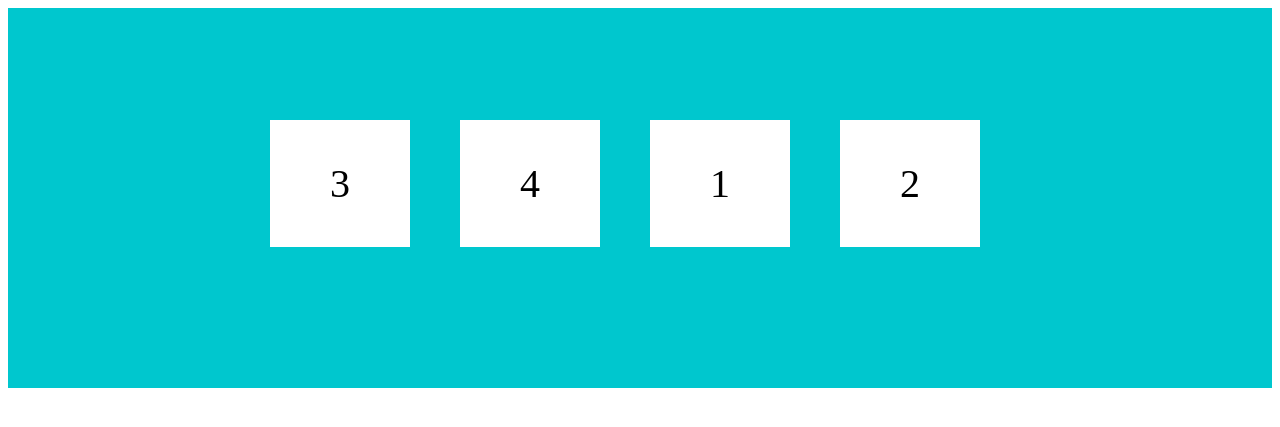
Repository: kiruha313/DWC
Page: flex/flex.html
The author's editor kept a record of every edit. The page is drawn from the files as they stood at one moment, then again after the next edit.
The browser window is 1280 px wide. The pictures show the whole page.

Above is the page before.

### flex/flex.html
<!DOCTYPE html>
<html lang="ja">
  <head>
    <meta charset="UTF-8" />
    <link rel="stylesheet" href="style.css" />
    <title>flexbox</title>
  </head>
  <body>
    <div class="flex">
      <div>1</div>
      <div>2</div>
      <div>3</div>
      <div>4</div>
    </div>
  </body>
</html>

### flex/style.css
.flex {
  background-color: #00c7ce;
  height: 50vh;
  padding: 10px;
  display: flex;
  justify-content: center;
  align-items: center;

}
.flex > div {
  background-color: #fff;
  margin: 10px 40px 40px 10px;
  padding: 40px 60px 40px 60px;
  font-size: 40px;
}

.flex > div:nth-child(1) {
  order: 3;
}
.flex > div:nth-child(2) {
  order: 4;
}
.flex > div:nth-child(3) {
  order: 1;
}
.flex > div:nth-child(4) {
  order: 2;
}

After the next edit:
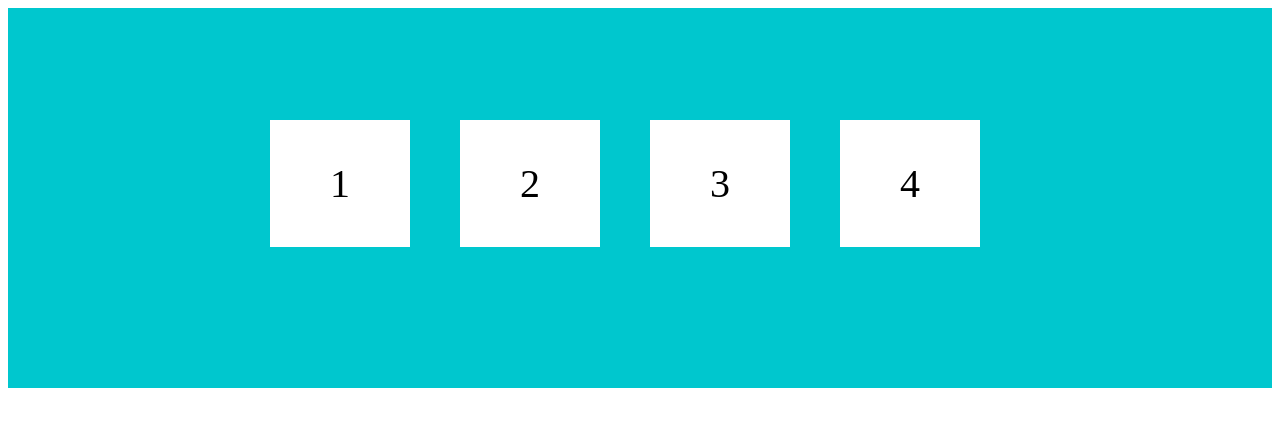
The edit:
--- a/flex/style.css
+++ b/flex/style.css
@@ -13,16 +13,3 @@
   padding: 40px 60px 40px 60px;
   font-size: 40px;
 }
-
-.flex > div:nth-child(1) {
-  order: 3;
-}
-.flex > div:nth-child(2) {
-  order: 4;
-}
-.flex > div:nth-child(3) {
-  order: 1;
-}
-.flex > div:nth-child(4) {
-  order: 2;
-}
